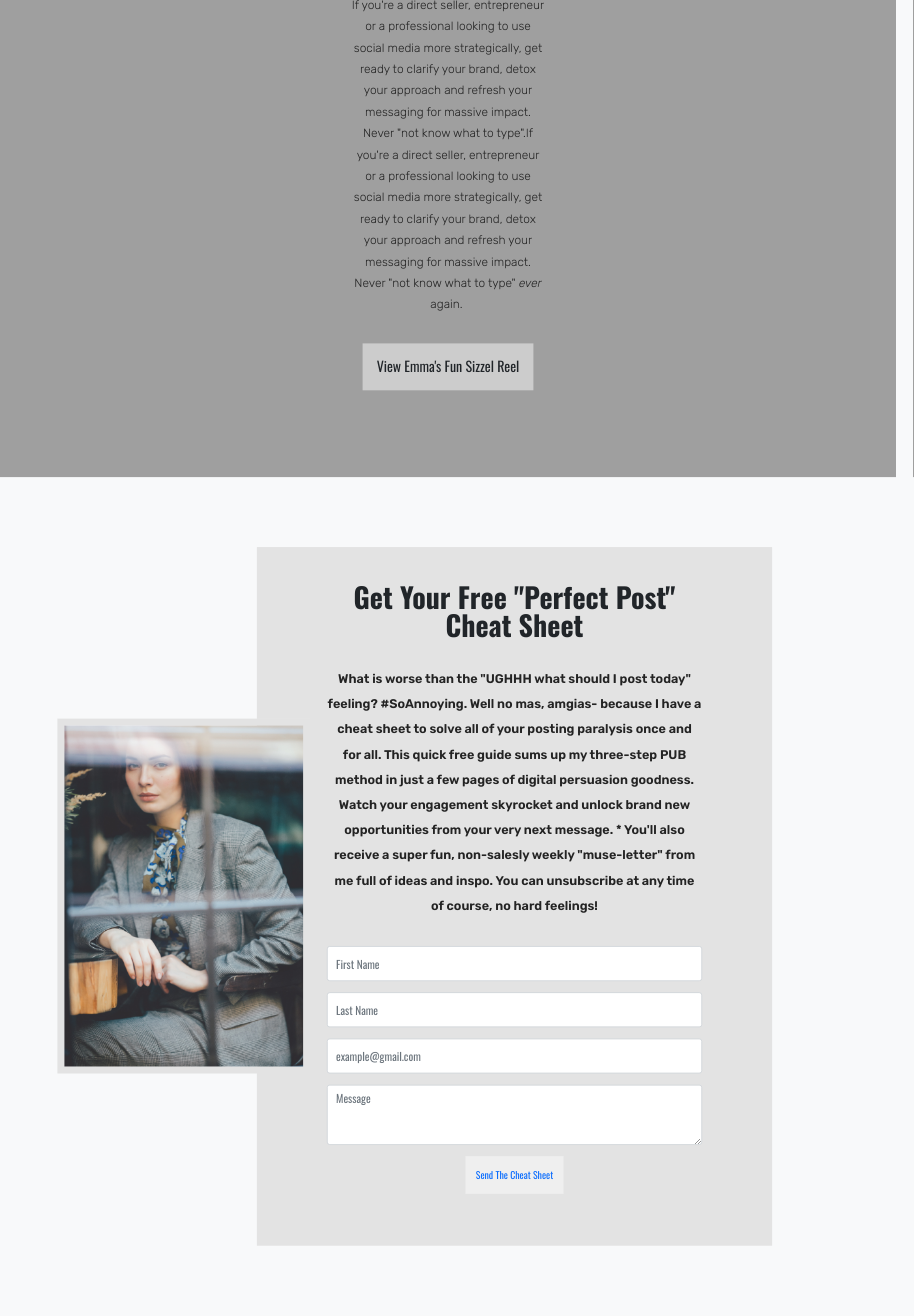
Repository: poroshrahman40/emma-watson-portfolio
Page: index.html
The author's editor kept a copy of each file at every save. The page is drawn from the files as they stood at one save, then again after a run of saves.
The browser window is 1280 px wide. The page is 1305 px wide, so the pictures cover 1305 px, including what lies to the right of the window. The pictures show the part of the page from y = 3711 to 5591 px (the page is 5591 px tall before and 5555 px after), at 70% of full size.
Some web fonts or font styles are not loaded; a fallback is used.

Above is the page before, as saved 2021-12-06 18:45:13.

### index.html

<!DOCTYPE html>
<html lang="en">
    <head>

        <meta charset="UTF-8">
        <meta name="viewport" content="width=device-width, initial-scale=1, shrink-to-fit=no">
        <title>Document</title>

        <!-- favicon -->
        <link rel="shortcut icon" type="image/hair-specialist-fav-icon" href="#">
        <!-- animate.min - css -->
        <link rel="stylesheet" href="assets/css/animate.css">
        <!-- animate - css -->
        <link rel="stylesheet" href="assets/css/animate.min.css">
        <!-- owl.carousel.min - css -->
        <link rel="stylesheet" href="assets/css/owl.carousel.min.css">
        <!-- owl.theme.default.min - css -->
        <link rel="stylesheet" href="assets/css/owl.theme.default.min.css">
        <!-- font-awesome all.css -->
        <link rel="stylesheet" href="assets/css/fontawesome-all.css">
        <!-- boxicons.css -->
        <link rel='stylesheet' href="assets/css/boxicons.min.css">
        <link href='https://unpkg.com/boxicons@2.1.1/css/boxicons.min.css' rel='stylesheet'>
        <!-- bootstrap.min - css -->
        <link rel="stylesheet" href="assets/css/bootstrap.min.css">
        <!-- silk-css -->
        <link rel="stylesheet" href="assets/css/slick.css">
        <!-- slick-theme.css -->
        <link rel="stylesheet" href="assets/css/slick-theme.css">
        <!-- main - css -->
        <link rel="stylesheet" href="assets/css/style.css">
        <!-- responsive - css -->
        <link rel="stylesheet" href="assets/css/responsive.css">

    </head>

    <body>
    <!-- preloader start -->
    <!-- <div id="preloader"></div> -->
    <!-- preloader end -->

    <!-- header -start
    ================================== -->
    <header class="ew-main">
        <div class="ew__main__content">
            <div class="ew__nav">
                <div class="ew__logo__div">
                    <a href="https://ow-en.com" title="" class="nav__link ew__snlogo">
                    <img class="logo w-100" src="assets/image/logo-gif.gif" alt="logo-not-found"></a>
                </div>
                <div class="container">
                    <div class="mobile__toggle" ontouchstart="">
                        <div class="mobile__toggle__container">
                            <div class="mobile__open">
                            </div>
                            <div class="mobile__close"></div>
                        </div>
                    </div>
                    <div id="mob__menu" class="nav__mobile__container nav__mobile__container__default">
                        <div class="container-fluid">
                            <div class="row center">
                                <div class="col col__sm">
                                    <ul class="nav__list">
                                        <li class="nav__list-1">
                                            <a class="nav__link nav__link__selected nav__list__link" href="#">Home</a>
                                        </li>
                                        <li class="nav__list-2">
                                            <a class="nav__link nav__list__link" href="#">Books</a>
                                        </li>
                                        <li class="nav__list-3">
                                            <a class="nav__link nav__list__link" href="#">Info.</a>
                                        </li>
                                        <li class="nav__list-4">
                                            <a class="nav__link nav__list__link" href="#">Course</a>
                                            <!-- nav__link__selected -->
                                        </li>
                                    </ul>
                                </div>
                                <div class="col col__sm">
                                    <ul class="nav__list nav__list__rightaligned">
                                        <li class="nav__list-5">
                                            <a class="nav__link nav__list__link" href="#">Keyword</a>
                                        </li>
                                        <li class="nav__list-6">
                                            <a class="nav__link nav__list__link" href="#">Brodcast</a>
                                        </li>
                                        <li class="nav__list-7">
                                            <a class="nav__link nav__list__link" href="#">Contact</a>
                                        </li>
                                        <li class="nav__list-8">
                                            <a class="nav__link nav__list__link" href="#">Blog</a>
                                        </li>
                                    </ul>
                                </div>
                            </div>
                        </div>
                    </div>
                </div>
            </div>
            <!-- <div class="content">
                <h1>A very simple responsive menu with the logo in the middle</h1>
              <h2>Feel free to use this menu however you'd like. No need to give credit. However, please <strong><a href="https://ow-en.com">consider hiring me :)</strong></h2>
            </div> -->
        </div>
    </header>
    <!-- Banner section - start
    ================================ -->


        <div id="ew-banner" class="ew-banner">
            <div class="container">
                <div class="row">
                    <div class="col-lg-12 offset-1">
                        <div class="ew-hero-image">
                            <img src="assets/image/hero-image.png" alt="hero-image">
                        </div>
                        <div class="ew-hero-right-content">
                            <span> Hey,There</span>
                            <h4>Lorem ipsum, dolor sit amet consectetur adipisicing elit. Similique, aut.</h4>
                            <div class="ew-link d-flex mt-4">
                                <i class='bx bx-link fa-2x me-2'></i><a href="#"><p>See my motivational speach.You're Kind of a Big Deal: Level Up by Unlocking Your Audacity.</p></a>
                            </div>
                            <div class="ew-link d-flex">
                                <i class='bx bx-link fa-2x me-2'></i><a href="#"><p>See my motivational speach.You're Kind of a Big Deal: Level Up by Unlocking Your Audacity.</p></a>
                            </div>
                            <div class="ew-link d-flex mb-4">
                                <i class='bx bx-link fa-2x me-2'></i><a href="#"><p>See my motivational speach.You're Kind of a Big Deal: Level Up by Unlocking Your Audacity.</p></a>
                            </div>
                            <div class="ew-hero-right-btn">
                                <a href="#">See More About Me</a>
                            </div>
                        </div>
                    </div>
                </div>
            </div>
        </div>


<!-- Banner section - End
================================ -->

<!-- virtual-presentations - start
======================================== -->
    <section id="ew-virtual-presentation">
        <div class="container-fuild">
            <div class="row">
                <div class="col-lg-12 text-center">
                    <div class="ew-vairtul-content">
                        <h2 class="mb-40">Live and Virtual Presentations <br> That Rock </h2>
                        <p class="">Whether we're talking about the pulsing energy of a packed convention center or a virtual gathering, Erin will delight and wow your attendees with one of her two signature keynotes:&nbsp;<br><br>SALES/LEADERSHIP: Digital Persuasion- Ignite Your Influence&nbsp;<br>SUCCESS MINDSET: Big Deal Energy- Unlock Your Audacity&nbsp;<br><br>Both high-energy, motivational and story-packed with a clear takeaway method to be applied for immediate impact and tangible results.&nbsp;<br></p>
                        <div class="ew-virtual-btn mb-4">
                            <button><a href="#">View Emma's Fun Sizzel Reel</a></button>
                        </div>
                        <div class="ew-virtual-btn">
                            <button><a href="#">View Emma watson's RAW just The steak Speaking Reel</a></button>
                        </div>

                    </div>
                </div>
            </div>
        </div>
    </section>

<!-- virtual-presentations - End
========================================== -->

<!-- virtual keynotes - start
======================================== -->

<section id="ew-virtual-keynotes">
    <div class="container">
        <div class="row">
            <div class="col-lg-6">
                <div class="ew-virtual-vedio">
                    <img src="assets/image/keynotes-image.png" alt="keynotes-image">
                    <div class="keynotes-overlay ew-icon-position">
                        <a href="#"><i class='bx bx-play fa-2x' style='color:#e0e0e0'></i></a>
                    </div>
                </div>
            </div>
            <div class="col-lg-6 d-flex align-items-center">
                <div class="ew-keynotes-content">
                    <span>Lorem ipsum dolor sit amet</span>
                    <h1>Lorem ipsum dolor sit amet consectetur Lorem ipsum dolor sit amet consectetur.</h1>
                    <p>Whether we're talking about your executive leadership team, your sales force, your internal marketing mavens or your entire organization- let's energize and inspire them to show up big. Because, let's be real, we all need to up our game these days to not just survive, but THRIVE.</p>
                    <button class="ew-keynotes-btn">
                        <a href="#">Describe More Now</a>
                    </button>
                </div>
            </div>
        </div>
    </div>
</section>

<!-- virtual keynotes - End
======================================== -->

<!-- Treat yourself - Start
======================================= -->
<section id="ew-treat-yourself">
    <div class="container">
        <div class="ew-img-row">
            <div class="row">
                <div class="col-lg-4 col-md-4 col-sm-12">
                    <img src="assets/image/treat-yourself.png" alt="treat-image">
                </div>
                <div class="col-lg-4 col-md-4 col-sm-12">
                    <img src="assets/image/treat-yourself-2.png" alt="treat-image">
                </div>
                <div class="col-lg-4 col-md-4 col-sm-12">
                    <img src="assets/image/treat-yourself-3.png" alt="treat-image">
                </div>
            </div>
        </div>
    </div>
    <div class="container-fuild">
        <div class="ew-treat-content">
            <div class="row">
                <div class="col-lg-12 text-center">
                    <div class="ew-treat-details">
                        <span>Lorem ipsum dolor sit amet consectetur <br> adipisicing elit. Nulla.</span>
                        <h1 class="mb-40">YES, TAKE ME FOR A SPA DAY <br> Treat Yourself to The Social Media Spa</h1>
                        <p class="se-t sie-spa_4-text st-m-paragraph st-d-paragraph se-rc">If you're a direct seller, entrepreneur or a professional looking to use social media more strategically, get ready to clarify your brand, detox your approach and refresh your messaging for massive impact. Never "not know what to type".If you're a direct seller, entrepreneur or a professional looking to use social media more strategically, get ready to clarify your brand, detox your approach and refresh your messaging for massive impact. Never "not know what to type" <i>ever</i> again.&nbsp;</p>
                        <div class="ew-treat-btn mb-4">
                            <button><a href="#">View Emma's Fun Sizzel Reel</a></button>
                        </div>
                    </div>
                </div>
            </div>
        </div>
    </div>
</section>


<!-- Treat yourself - End
========================================= -->
<!-- Cheat Sheet - start
======================================== -->

<section id="ew-get-cheat-sheet">
    <div class="container">
        <div class="row">
            <div class="col-lg-3 d-flex align-items-center justify-content-end">
                <div class="ew-cheat-sheet-image">
                    <img src="assets/image/cheet-seet-side-image.png" alt="image-not-found">
                </div>
            </div>
            <div class="col-lg-8 text-center">
                <div class="ew-cheat-sheet-card">
                    <div class="ew-offer-title mb-40">
                        <h1>Get Your Free "Perfect Post" <br> Cheat Sheet</h1>
                    </div>
                    <p>What is worse than the "UGHHH what should I post today" feeling? #SoAnnoying. Well no mas, amgias- because I have a cheat sheet to solve all of your posting paralysis once and for all. This quick free guide sums up my three-step PUB method in just a few pages of digital persuasion goodness.
Watch your engagement skyrocket and unlock brand new opportunities from your very next message.
* You'll also receive a super fun, non-salesly weekly "muse-letter" from me full of ideas and inspo. You can unsubscribe at any time of course, no hard feelings! </p>

                    <div class="ew-cheet-seet-form text-start mt-40">
                        <div class="mb-3">
                            <!-- <label for="exampleFormControlInput1" class="form-label">First Name</label> -->
                            <input type="name" class="form-control" id="exampleFormControlInput1" placeholder="First Name">
                        </div>
                        <div class="mb-3">
                            <!-- <label for="exampleFormControlInput1" class="form-label">Last Name</label> -->
                            <input type="name" class="form-control" id="exampleFormControlInput1" placeholder="Last Name">
                        </div>
                        <div class="mb-3">
                            <!-- <label for="exampleFormControlInput1" class="form-label">Last Name</label> -->
                            <input type="email" class="form-control" id="exampleFormControlInput1" placeholder="example@gmail.com">
                        </div>
                        <div class="mb-3">
                            <!-- <label for="exampleFormControlTextarea1" class="form-label">Example textarea</label> -->
                            <textarea type="text" class="form-control" id="exampleFormControlTextarea1" placeholder="Message" rows="3"></textarea>
                        </div>
                        <div class="mb-4 text-center">
                            <button class="ew-cheat-sheet-btn">
                                <a href="#">Send The Cheat Sheet</a>
                            </button>
                        </div>
                    </div>
                </div>
            </div>
        </div>
    </div>

</section>

<!-- Cheat Sheet - end
======================================== -->



    <!-- footer section - Start
    ============================== -->




    <!-- Footer section - End
    ============================= -->



    <!-- jquery-3.5.0.min - js -->
    <script src="assets/js/jquery-3.5.0.min.js"></script>
    <!-- .magnific-popup -->
    <script src="assets/js/jquery.magnific-popup.min.js"></script>
    <!-- bootstrap.min - js -->
    <script src="assets/js/bootstrap.min.js"></script>
    <!-- bootstrap - bundle min.js -->
    <script src="assets/js/bootstrap.bundle.min.js"></script>
    <!-- bootstrap - bundl.js -->
    <script src="assets/js/bootstrap.bundle.js"></script>
    <!-- boxicons - js -->
    <script src="assets/js/boxicons.js"></script>
    <!-- popper.min - js -->
    <script src="assets/js/popper.min.js"></script>
    <!-- owl.carousel.min - js -->
    <script src="assets/js/owl.carousel.min.js"></script>
    <!-- wow.min - js -->
    <script src="assets/js/wow.min.js"></script>
    <!-- silk - js -->
    <script src="assets/js/slick.min.js"></script>
    <!-- main - js -->
    <script src="assets/js/main.js"></script>

</body>
</html>

Loaded but not shown: assets/css/animate.css (library); assets/css/animate.min.css (library); assets/css/owl.carousel.min.css (library); assets/css/owl.theme.default.min.css (common file); assets/css/fontawesome-all.css (library); assets/css/bootstrap.min.css (library); assets/css/slick.css (common file); assets/css/slick-theme.css (library); assets/js/jquery-3.5.0.min.js (library); assets/js/jquery.magnific-popup.min.js (library); assets/js/bootstrap.min.js (library); assets/js/bootstrap.bundle.min.js (library); assets/js/bootstrap.bundle.js (library); assets/js/popper.min.js (library); assets/js/owl.carousel.min.js (library); assets/js/wow.min.js (library); assets/js/slick.min.js (library); assets/js/main.js (14 lines, source omitted); assets/css/responsive.css (904 lines, source omitted); assets/css/style.css (624 lines, source omitted)

After the next 2 saves:
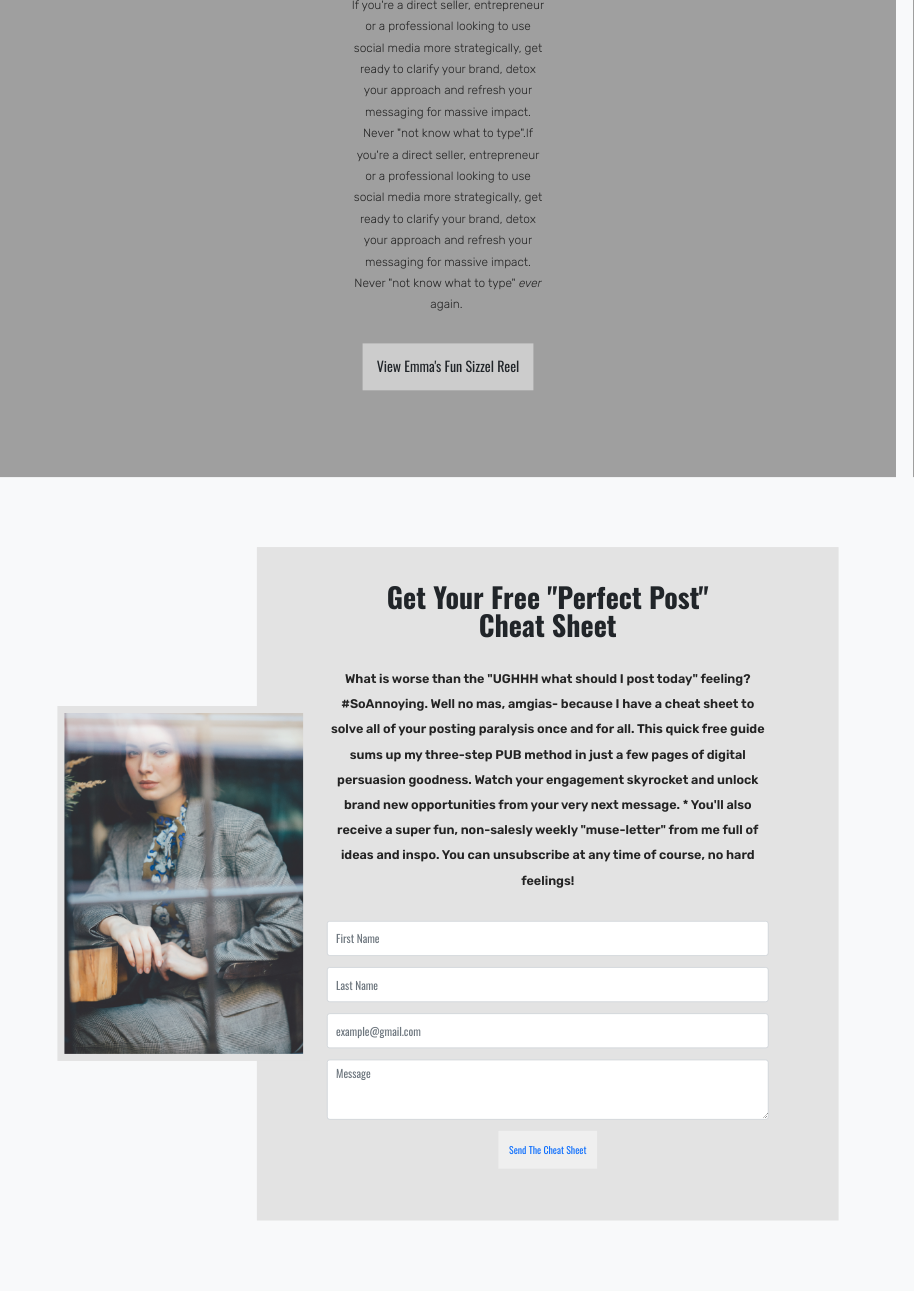
The 2 saves are shown as one change because they came seconds apart.
The last was saved 6 s later.
--- a/index.html
+++ b/index.html
@@ -246,7 +246,7 @@
                     <img src="assets/image/cheet-seet-side-image.png" alt="image-not-found">
                 </div>
             </div>
-            <div class="col-lg-8 text-center">
+            <div class="col-lg-9 text-center">
                 <div class="ew-cheat-sheet-card">
                     <div class="ew-offer-title mb-40">
                         <h1>Get Your Free "Perfect Post" <br> Cheat Sheet</h1>
